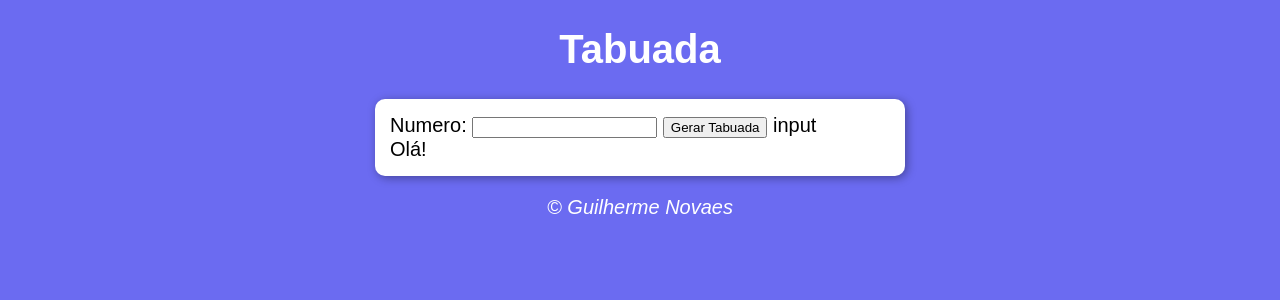
Repository: Guilherme-RNovaes/JavaScript-Curso
Page: Aula 14ex/ex017/index.html
These files come from the project's save history. The page is drawn as it stood at one moment and after the next save; the edit follows.
The browser window is 1280 px wide. The pictures show the whole page.

Above is the page before, as saved 2022-09-10 09:08:17.

### Aula 14ex/ex017/index.html
<!DOCTYPE html>
<html lang="pt-br">
<head>
    <meta charset="UTF-8">
    <meta http-equiv="X-UA-Compatible" content="IE=edge">
    <meta name="viewport" content="width=device-width, initial-scale=1.0">
    <title>Modelo de Exercício</title>
    <link rel="stylesheet" href="src/Style/style.css">
</head>
<body>
    <header>
        <h1>Tabuada</h1>
    </header>
    <section>
        <div>
            Numero: <input type="number" name="tabuada" id="tabuada">
            <button>Gerar Tabuada</button>
            input
        </div>
        <div>
            Olá!
        </div>
    </section>
    <footer>
        <p>&copy; Guilherme Novaes</p>
    </footer>
    <script src="script.js"></script>
</body>
</html>

### Aula 14ex/ex017/src/Style/style.css
body{
    background-color: rgb(107, 107, 241);
    font: normal 15pt Arial;
}
header {
    color: white;
    text-align: center;
}

section{
    background-color: white;
    border-radius: 10px;
    padding: 15px;
    width: 500px;
    margin: auto;
    box-shadow: 2px 2px 10px rgba(0, 0, 0, 0.36);
}

footer{
    color: white;
    text-align: center;
    font-style: italic;
}

div img{
    width: 250px;
    height: 250px;
    border-radius: 100%;
}

Loaded but not shown: Aula 14ex/ex017/script.js (no stored copy; drawn as an empty file)

After the next save:
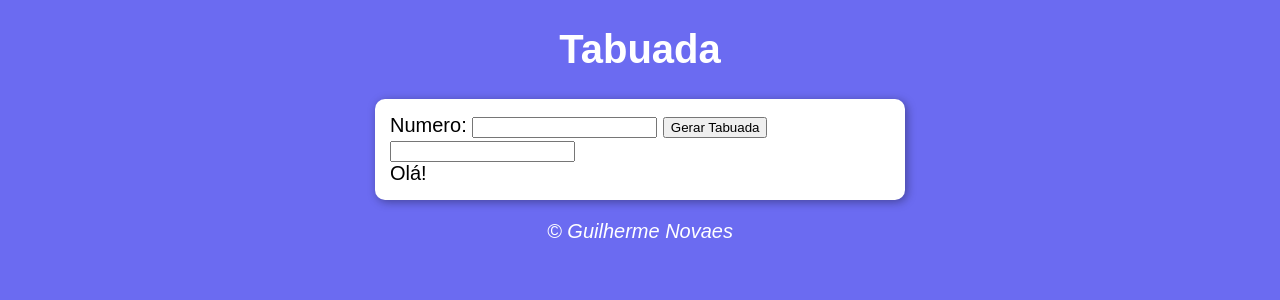
Saved 14 s later.
--- a/Aula 14ex/ex017/index.html
+++ b/Aula 14ex/ex017/index.html
@@ -15,7 +15,7 @@
         <div>
             Numero: <input type="number" name="tabuada" id="tabuada">
             <button>Gerar Tabuada</button>
-            input
+            <input type="text" name="" id="">
         </div>
         <div>
             Olá!
